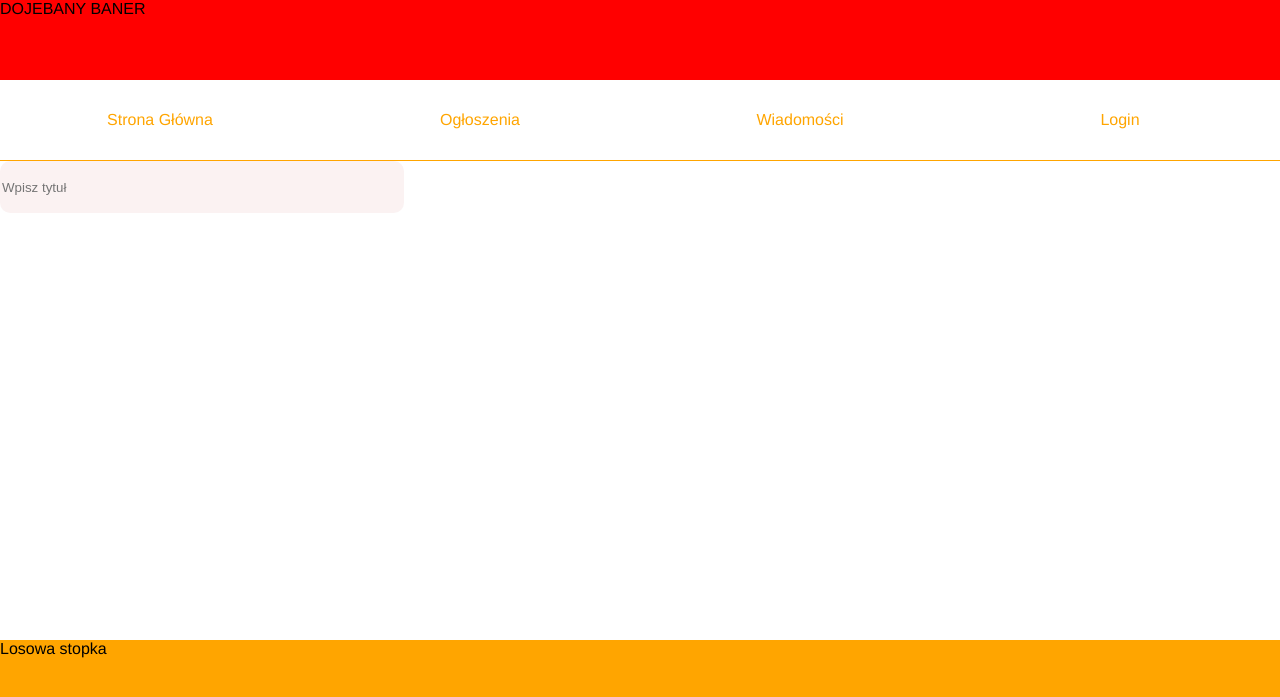
Repository: PatrykStawik/projectppz
Page: /ogloszenia/dodaj-ogloszenie
These files come from the project's save history. The page is drawn as it stood at one moment and after the next save; the edit follows.
The browser window is 1280 px wide. The pictures show the whole page.
The project was rebuilt for these pictures with package versions that can differ from the ones it lists, and the page was loaded fresh each time. The framework's server and built-in components were replaced by stand-ins that run in the browser.

Above is the page before, as saved 2021-05-26 11:55:45.

### pages/_app.tsx
import React from 'react';
import type { AppProps } from 'next/app';
import { GlobalStyle } from '../styles/globalStyles';
import { Header } from '../components/Header';
import { Footer } from '../components/Footer'

function MyApp({ Component, pageProps }: AppProps) {
  return (
    <>
      <GlobalStyle />
      <Header/>
        <Component {...pageProps} />
      <Footer/>
    </>
  );
}

// eslint-disable-next-line import/no-default-export
export default MyApp;

### pages/_document.tsx
import React from 'react';
import Document, { DocumentContext, DocumentInitialProps } from 'next/document';
import { ServerStyleSheet } from 'styled-components';

class MyDocument extends Document {
  static async getInitialProps(ctx: DocumentContext): Promise<DocumentInitialProps> {
    const sheet = new ServerStyleSheet();
    const originalRenderPage = ctx.renderPage;

    try {
      ctx.renderPage = () =>
        originalRenderPage({
          enhanceApp: App => props => sheet.collectStyles(<App {...props} />),
        });

      const initialProps = await Document.getInitialProps(ctx);
      return {
        ...initialProps,
        styles: (
          <>
            {initialProps.styles}
            {sheet.getStyleElement()}
          </>
        ),
      };
    } finally {
      sheet.seal();
    }
  }
}

// eslint-disable-next-line import/no-default-export
export default MyDocument;

### pages/ogloszenia/dodaj-ogloszenie/index.tsx
import React from 'react';
import { AddAdvertisementPage } from '../../../components/AddAdvertisementPage';

const AddAdvertisementIndex = () => <AddAdvertisementPage />;

// eslint-disable-next-line import/no-default-export
export default AddAdvertisementIndex;

### styles/globalStyles.ts
import { createGlobalStyle } from 'styled-components';

export const GlobalStyle = createGlobalStyle`
  body {
    margin: 0;
    padding: 0;
    font-family: Open-Sans, Helvetica, Sans-Serif;
  }
`;

### components/AddAdvertisementPage/index.tsx
export { AddAdvertisementPage } from './AddAdvertisementPage';

### components/Header/Header.tsx
import React from 'react';
import styled from 'styled-components';
import { colors } from '../../styles/colors';
import { centerText, setFlex } from '../../styles/functions';
import { NextLink } from '../common/NextLink';

const Wrapper = styled.header`
  .baner {
    height: 80px;
    background-color: ${colors.red};
  }
  .menu {
    ${setFlex('column')}
    height: 80px;
    border-bottom: 1px solid ${colors.orange};
    .menuItem {
      flex: 1;
      height: 100%;
      ${centerText(80)};
      background-color: ${colors.white};
      color: ${colors.orange};
      cursor: pointer;
      transition: .5s all;
      &:hover{
        font-weight: bold;
      }
    }
  }
`;

const data = [
  { title: 'Strona Główna', href: '/' },
  { title: 'Ogłoszenia', href: '/ogloszenia' },
  { title: 'Wiadomości', href: '/wiadomosci' },
  { title: 'Login', href: '/login' },
];

export const Header = () => {
  return (
    <Wrapper>
      <div className="baner">DOJEBANY BANER</div>
      <div className="menu">
        {data.map(({ title, href }) => (
          <NextLink href={href} key={title}>
            <div className="menuItem">{title}</div>
          </NextLink>
        ))}
      </div>
    </Wrapper>
  );
};

### components/Footer/Footer.tsx
import React from 'react';
import styled from 'styled-components';
import { colors } from '../../styles/colors';

const Wrapper = styled.footer`
    height: 80px;
    background-color: ${colors.orange};
    position: fixed;
    width: 100%;
    bottom: 0;
`;

export const Footer = () => {
  return (
    <Wrapper>
      Losowa stopka
    </Wrapper>
  );
};

### components/AddAdvertisementPage/AddAdvertisementPage.tsx
import React from 'react';
import styled from 'styled-components';
import { Input } from '../common/Input';

const Wrapper = styled.div``;

export const AddAdvertisementPage = () => {
  return <Wrapper>
    <Input placeholder="Wpisz tytuł"/>
  </Wrapper>;
};

### styles/colors.ts
export const colors = {
  white: "white",
  black: "black",
  red: "red",
  orange: "orange",
  gray: "#b8b7b7",
  pink: "rgba(166,2,2,.05)"
}

### styles/functions.ts
export const centerText = (height: number) => {
  return `text-align: center;
  line-height: ${height}px`
}

export const setFlex = (type: "row" | "column" = "row") => {
  return `display: flex; flex-direction: ${type}`
}

### components/common/NextLink/index.tsx
export { NextLink } from './NextLink';

### components/common/NextLink/NextLink.tsx
import React from 'react';
import Link from 'next/link';
import styled from 'styled-components';
import { colors } from '../../../styles/colors';

const StyledLink = styled.a`
  color: ${colors.black};
  text-decoration: none;
  width: 100%;
`;

interface Props {
  href: string;
}

export const NextLink: React.FC<Props> = ({ children, href }) => {
  return (
    <Link href={href}>
      <StyledLink>{children}</StyledLink>
    </Link>
  );
};

### components/common/Input/Input.tsx
import React from 'react';
import styled from 'styled-components';
import { colors } from '../../../styles/colors';

interface Props {
  variant?: 'big' | 'small';
  lenght?: 'short' | 'long';
}

const StyledInput = React.memo(styled.input<Props>`
  width: ${({ lenght }) => (lenght !== 'short' ? '400px' : '200px')};
  height: ${({ variant }) => (variant === 'big' ? '30px' : '50px')};
  border-radius: 10px;
  outline: none;
  border: none;
  background-color: ${colors.pink};
`);

export const Input = React.forwardRef<HTMLInputElement, Props & JSX.IntrinsicElements['input']>(
  (
    {
      children,
      variant = 'small',
      lenght = 'short',
      className,
      defaultValue,
      disabled,
      name,
      onChange,
      placeholder,
      required = false,
      value,
      ...rest
    },
    forwardRef,
  ) => (
    <StyledInput
      aria-label={name}
      aria-required={required}
      disabled={disabled}
      placeholder={placeholder}
      ref={forwardRef}
      value={value || defaultValue}
      name={name}
      onChange={onChange}
      {...rest}
    />
  ),
);

Loaded but not shown: components/Header/index.tsx (common file); components/Footer/index.tsx (common file); components/common/Input/index.tsx (common file)

After the next save:
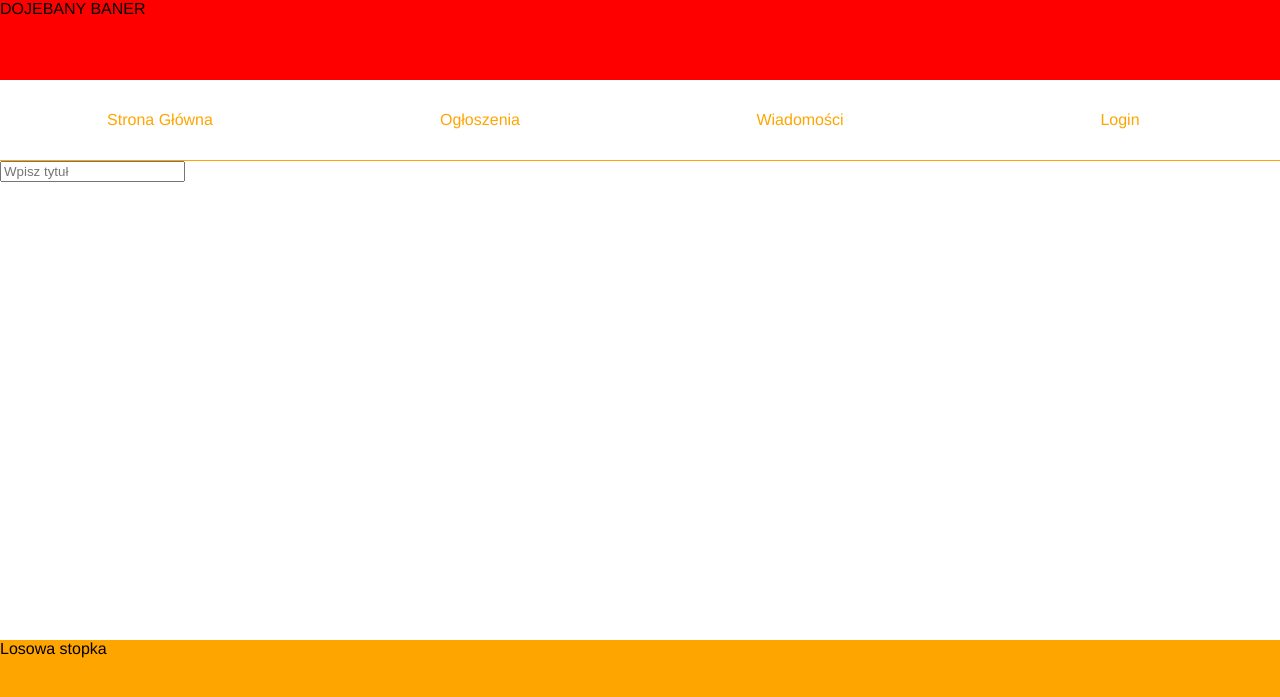
Saved 2 min 59 s later.
--- a/components/common/Input/Input.tsx
+++ b/components/common/Input/Input.tsx
@@ -34,7 +34,7 @@ export const Input = React.forwardRef<HTMLInputElement, Props & JSX.IntrinsicEle
     },
     forwardRef,
   ) => (
-    <StyledInput
+    <input
       aria-label={name}
       aria-required={required}
       disabled={disabled}
